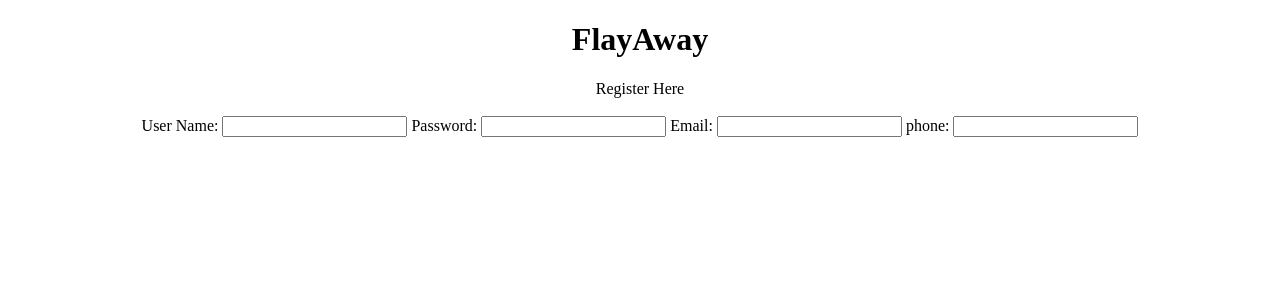
Repository: KartikMuchakandimath/Flyaway
Page: http://localhost/FlayAway/
These files come from the project's save history. The page is drawn as it stood at one moment and after the next save; the edit follows.
The browser window is 1280 px wide. The pictures show the whole page.
The page is served by Tomcat 9. Other server files are loaded and not shown.

Above is the page before, as saved 2022-04-21 10:53:30.

### FlayAway/src/main/webapp/Registration.jsp
<%@ page language="java" contentType="text/html; charset=ISO-8859-1"
    pageEncoding="ISO-8859-1"%>
<!DOCTYPE html>
<html>
<head>
<meta charset="ISO-8859-1">
<title>Insert title here</title>
</head>
<body>
<center>
<div class="head">
<h1>FlayAway</h1>
</div>

<div class ="Register-box">
<div>Register Here</h1>

</div>
<br>
<form action="RegisterServlet" method="post">
<!--  Enter FirstName: <input type=" text"  name="fname" required="required"><br>
Enter LastName: <input type=" text"  name="lname" required="required"><br>
Enter Email: <input type=" email"  name="email" required="required"><br>
Enter Age: <input type="number"  name="age" required="required"><br>
Enter gender: <input type="radio"  name="gender" value="male" required="required">
              <input type="radio"  name="gender" value="female" required="required"><br>
Enter Contact Number: <input type=" number"  name="contact" required="required"><br>
Enter Password: <input type=" password"  name="password" required="required"><br>
Enter Country: <input type="text"  name="country" required="required"><br>
<button>submit</button>
</form>

</div>
</center> -->
<tr><td>User Name: </td><td><input type="text" name="uname"></td></tr>
<tr><td>Password: </td><td><input type="password" name="password"></td></tr>
<tr><td>Email: </td><td><input type="text" name="email"></td></tr>
<tr><td>phone: </td><td><input type="text" name="phone"></td></tr>
</body>
</html>

After the next save:
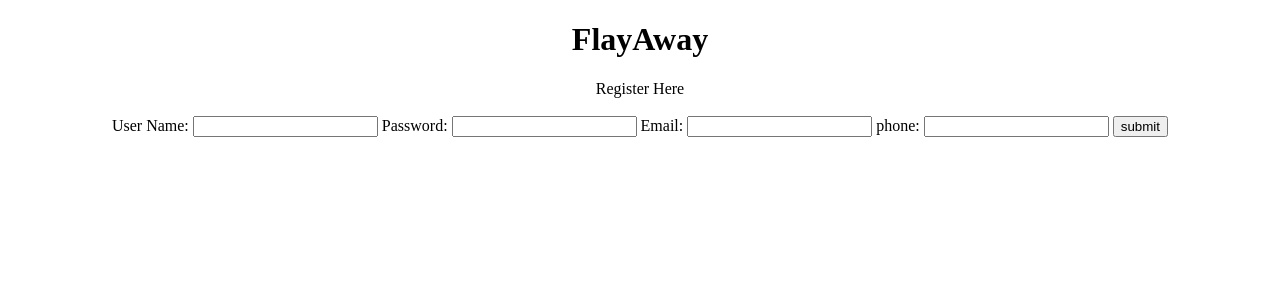
Saved 29 s later.
--- a/FlayAway/src/main/webapp/Registration.jsp
+++ b/FlayAway/src/main/webapp/Registration.jsp
@@ -36,5 +36,6 @@ Enter Country: <input type="text"  name="country" required="required"><br>
 <tr><td>Password: </td><td><input type="password" name="password"></td></tr>
 <tr><td>Email: </td><td><input type="text" name="email"></td></tr>
 <tr><td>phone: </td><td><input type="text" name="phone"></td></tr>
+<button>submit</button>
 </body>
 </html>
